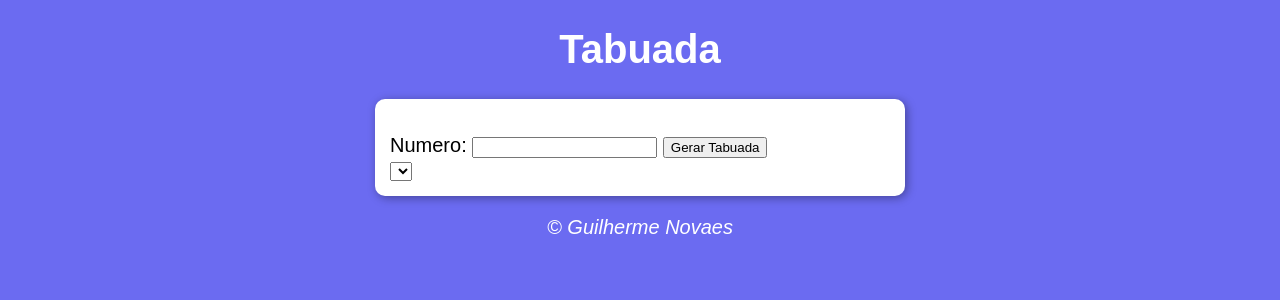
Repository: Guilherme-RNovaes/JavaScript-Curso
Page: Aula 14ex/ex017/index.html
These files come from the project's save history. The page is drawn as it stood at one moment and after a run of saves; the edit follows.
The browser window is 1280 px wide. The pictures show the whole page.

Above is the page before, as saved 2022-09-10 09:30:42.

After the next 2 saves:
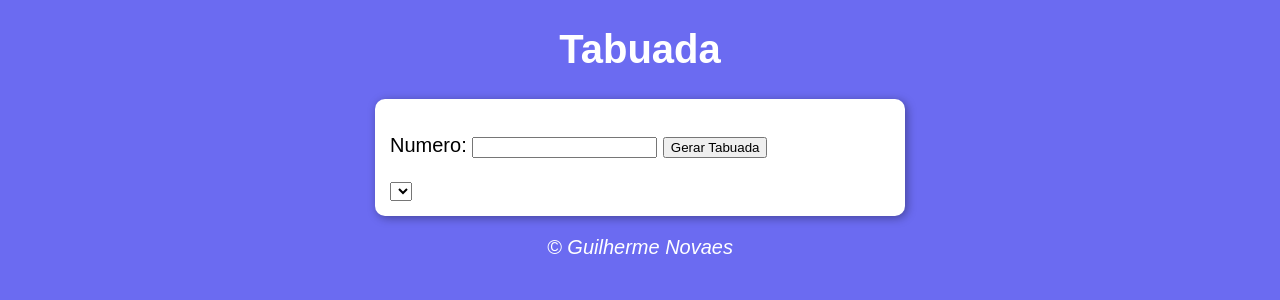
The 2 saves are shown as one change because they came seconds apart.
The last was saved 6 s later.
--- a/Aula 14ex/ex017/index.html
+++ b/Aula 14ex/ex017/index.html
@@ -13,8 +13,8 @@
     </header>
     <section>
         <div>
-            <p></p> Numero: <input type="number" name="tabuada" id="tabuada">
-            <button>Gerar Tabuada</button>
+            <p> Numero: <input type="number" name="tabuada" id="tabuada">
+            <button>Gerar Tabuada</button></p>
         </div>
         <div>
             <select name="tabres" id="tabres"><p>Digite um número acima</p></select>
